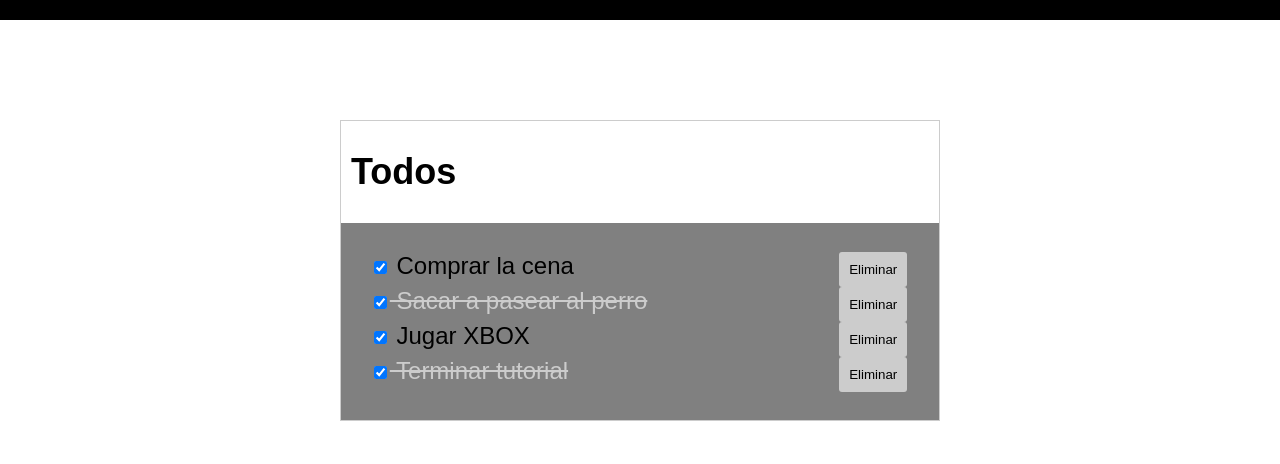
Repository: MauriVaz/Primer-app-con-Vue
Page: /
An editor plug-in stored every save of this project. The page is shown before and after the next save, followed by the edit.
The browser window is 1280 px wide. The pictures show the whole page.
The project was rebuilt for these pictures with package versions that can differ from the ones it lists, and the page was loaded fresh each time. Also part of the build but not shown: vue.config.js.

Above is the page before, as saved 2022-12-13 03:59:14.

After the next save:
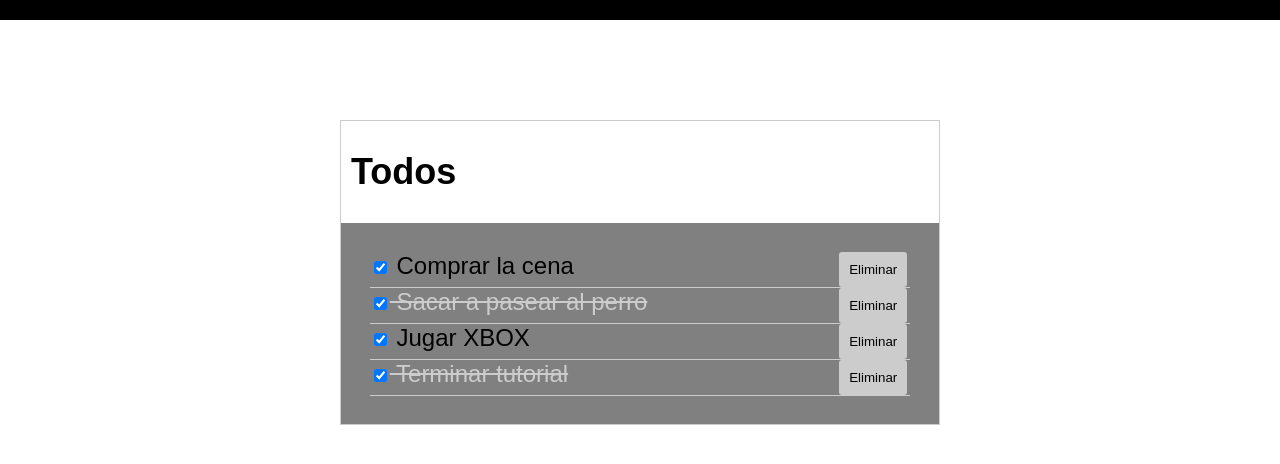
Saved 101 s later.
--- a/src/components/TodoItem.vue
+++ b/src/components/TodoItem.vue
@@ -1,5 +1,5 @@
 <template>
-    <div>
+    <div class="todo" v-bind:class="{completed:todo.completed}" >
         <div v-bind:class="{completed:todo.completed}" class="todo-body">
             <input type="checkbox" v-bind:checked="todo.completed?'checked':''" />
             {{todo.title}}
